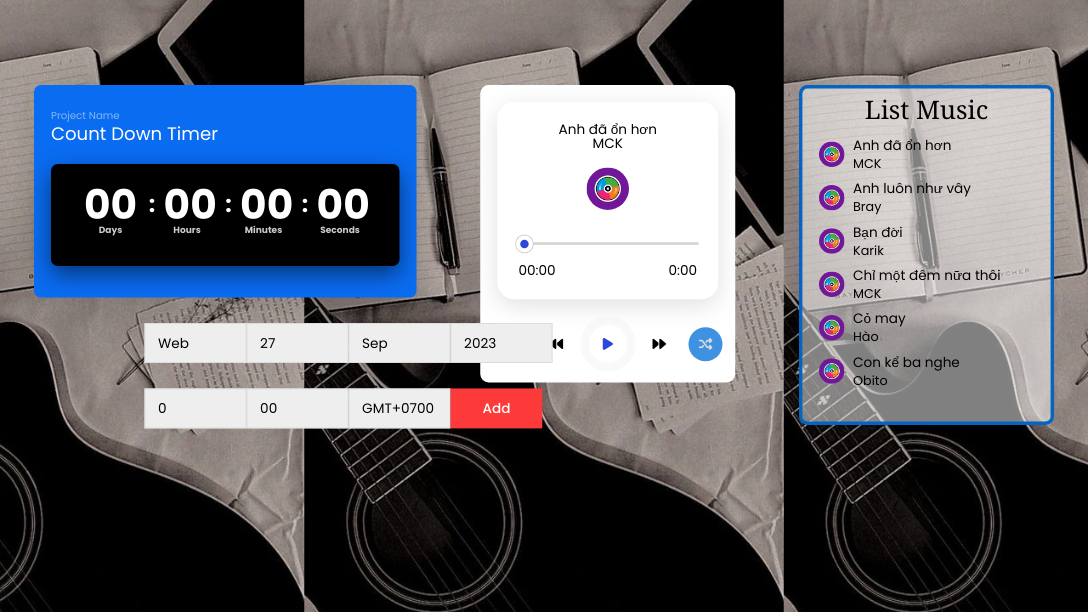
Repository: thuanpham00/CountDownTimer
Page: index.html
An editor plug-in stored every save of this project. The page is shown before and after the next save, followed by the edit.
The browser window is 1280 px wide. The pictures show the whole page, at 85% of full size.
Backgrounds fixed to the window are drawn as part of the page. Some web libraries are served in a nearby version. The style sheet was rebuilt from its Sass, Less or Tailwind sources for each picture, by a compiler version that may differ from the author's.

Above is the page before, as saved 2023-10-12 23:20:06.

After the next save:
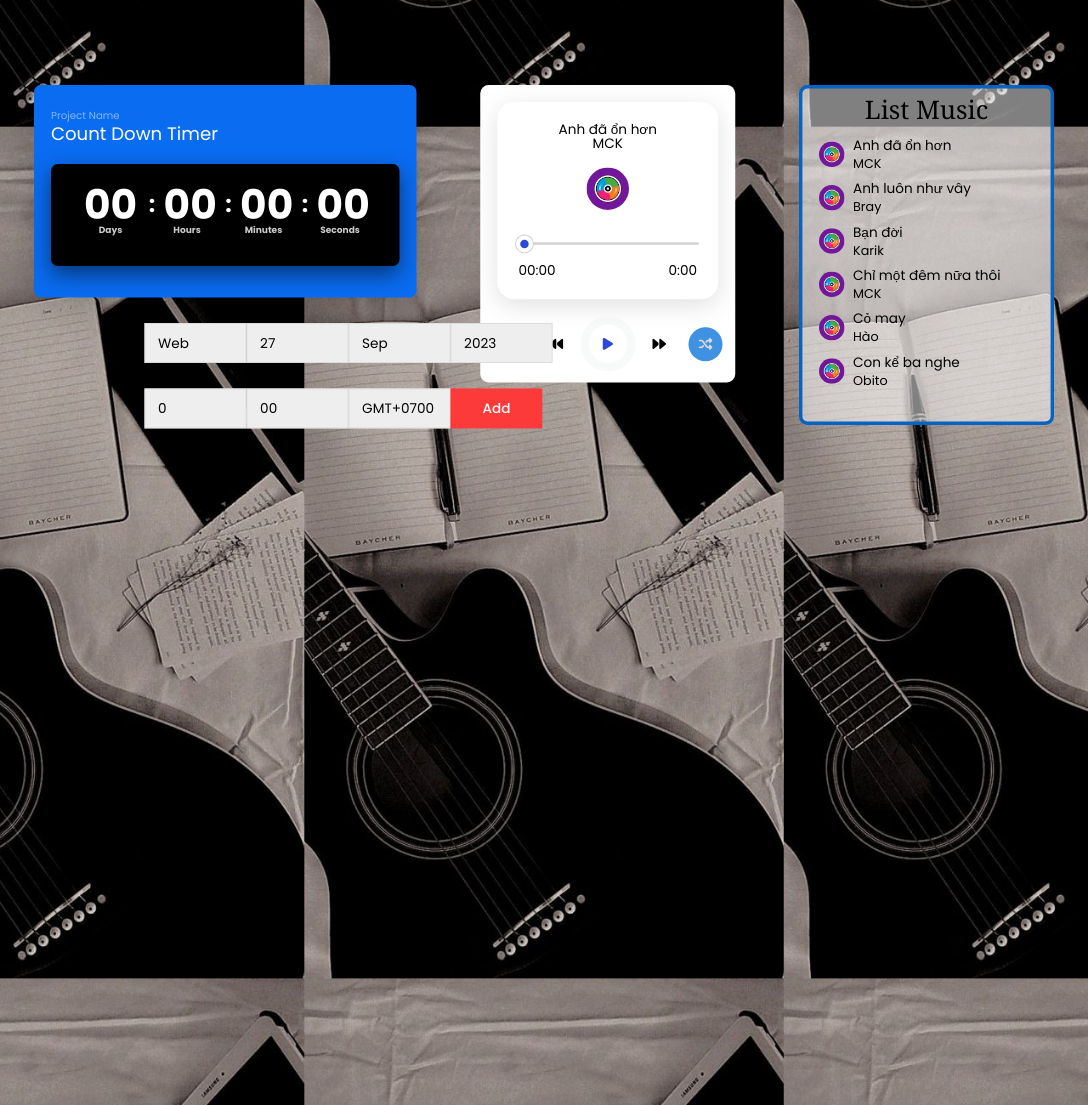
Saved 44 s later.
--- a/scss/main.scss
+++ b/scss/main.scss
@@ -168,6 +168,7 @@ $container-color: #0a6cf1;
 $container-padding: 30px 20px 10px 20px;
 
 body {
+    height: 1200px;
     background: url("../img/background-4.jpg") repeat fixed center;
     user-select: none;
 }
